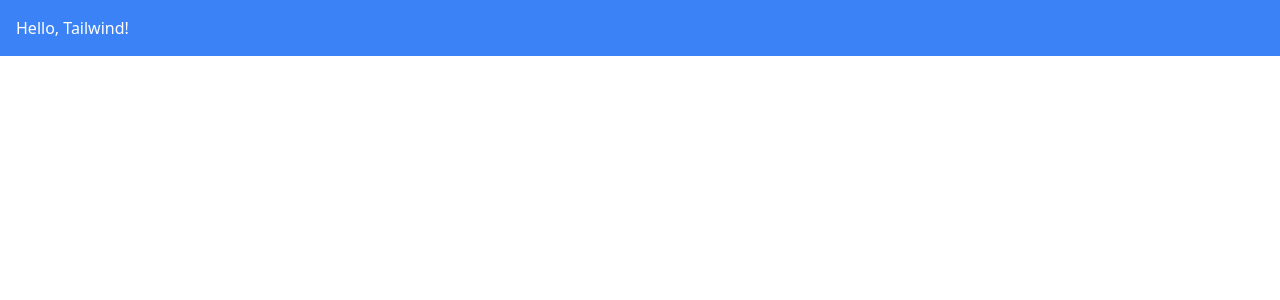
Repository: di-huynh-dev/calendar
Page: /
An editor plug-in stored every save of this project. The page is shown before and after the next save, followed by the edit.
The browser window is 1280 px wide. The pictures show the whole page.
The project was rebuilt for these pictures with package versions that can differ from the ones it lists, and the page was loaded fresh each time. Also part of the build but not shown: vite.config.ts.

Above is the page before, as saved 2024-10-25 11:50:39.

### src/App.tsx
function App() {
  return <div className="bg-blue-500 text-white p-4">Hello, Tailwind!</div>;
}

export default App;

Loaded but not shown: index.html (common file); src/main.tsx (common file); src/index.css (common file); tailwind.config.js (common file)

After the next save:
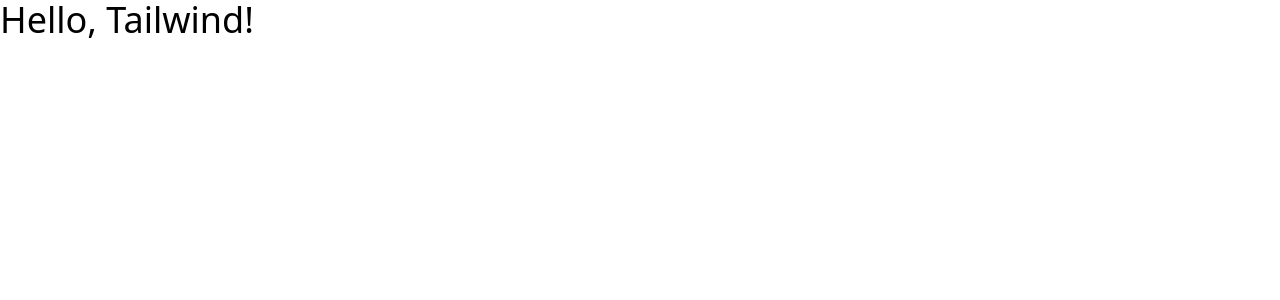
Saved 18 s later.
--- a/src/App.tsx
+++ b/src/App.tsx
@@ -1,5 +1,5 @@
 function App() {
-  return <div className="bg-blue-500 text-white p-4">Hello, Tailwind!</div>;
+  return <div className="text-4xl">Hello, Tailwind!</div>;
 }
 
 export default App;
